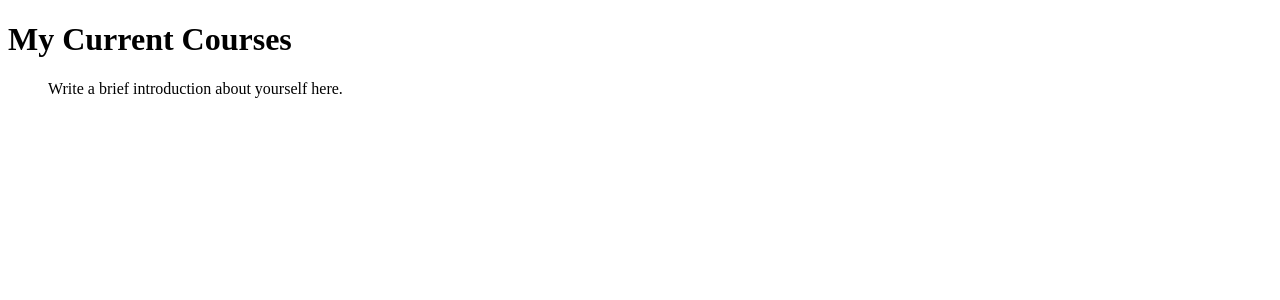
Repository: yellowspots/geneweb
Page: currentcourses.html
An editor plug-in stored every save of this project. The page is shown before and after a run of saves, followed by the edit.
The browser window is 1280 px wide. The pictures show the whole page.

Above is the page before, as saved 2024-05-01 21:34:34.

After the next 2 saves:
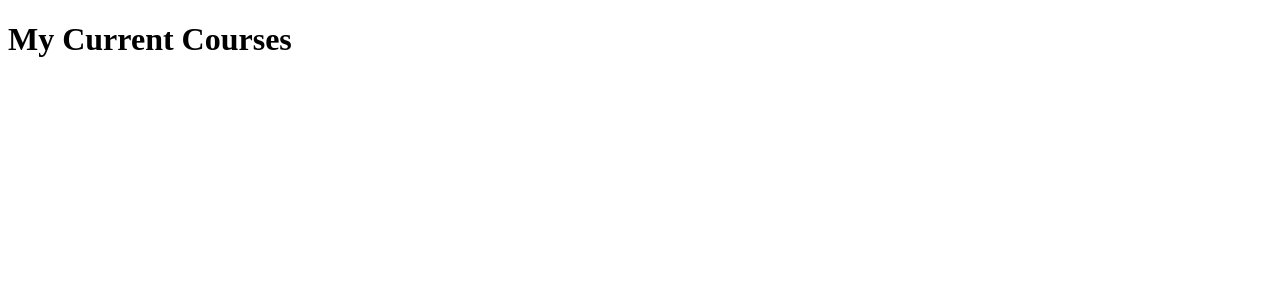
The 2 saves are shown as one change because they came seconds apart.
The last was saved 6 s later.
--- a/currentcourses.html
+++ b/currentcourses.html
@@ -6,7 +6,7 @@
 <body>
     <h1>My Current Courses</h1>
     <ul>
-        <p>Write a brief introduction about yourself here.</p>
+        <p></p>
     </ul>
 </body>
 </html>
